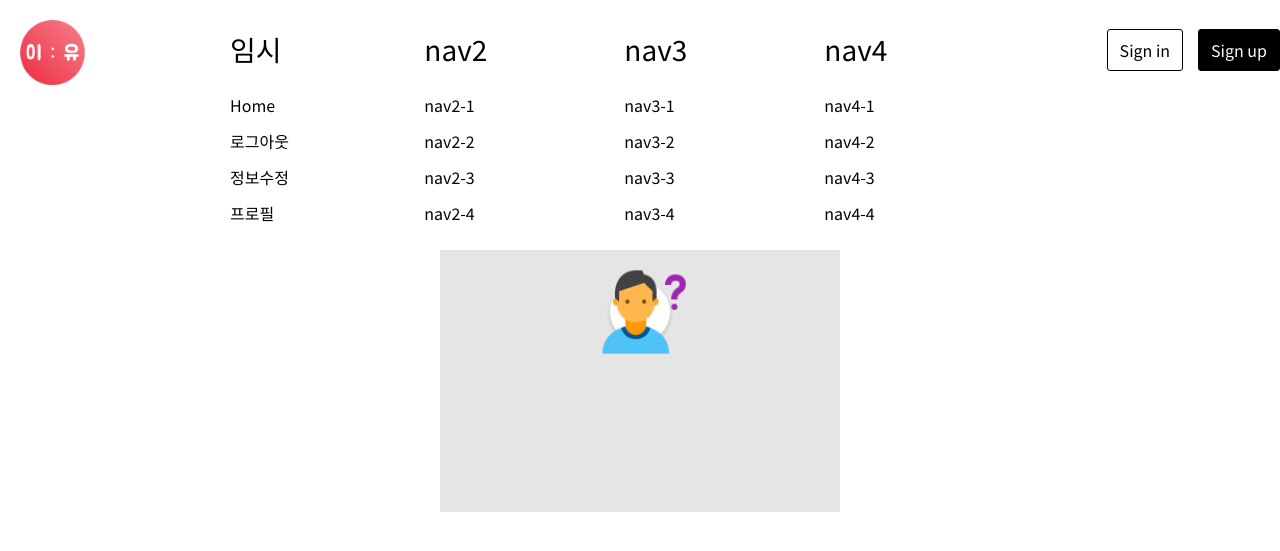
Repository: ryuwc/E_U
Page: /feeling (app in final-pjt-front/)
These files come from the project's save history. The page is drawn as it stood at one moment and after the next save; the edit follows.
The browser window is 1280 px wide. The pictures show the whole page.
The page's requests for data from a server got no answer. Some web libraries are served in a nearby version. The project was rebuilt for these pictures with package versions that can differ from the ones it lists, and the page was loaded fresh each time. No one was signed in, and anything a server would have sent is missing. Also part of the build but not shown: final-pjt-front/vue.config.js.

Above is the page before, as saved 2022-11-23 12:42:19.

### final-pjt-front/public/index.html
<!DOCTYPE html>
<html lang="">
  <head>
    <meta charset="utf-8">
    <meta http-equiv="X-UA-Compatible" content="IE=edge">
    <meta name="viewport" content="width=device-width,initial-scale=1.0">
    <link rel="icon" href="<%= BASE_URL %>favicon.ico">
    <title>이:유</title>
    <link href="https://cdn.jsdelivr.net/npm/bootstrap@5.2.0/dist/css/bootstrap.min.css" rel="stylesheet" integrity="sha384-gH2yIJqKdNHPEq0n4Mqa/HGKIhSkIHeL5AyhkYV8i59U5AR6csBvApHHNl/vI1Bx" crossorigin="anonymous">
    <link rel="preconnect" href="https://fonts.googleapis.com">
    <link rel="preconnect" href="https://fonts.gstatic.com" crossorigin>
    <link href="https://fonts.googleapis.com/css2?family=Pacifico&display=swap" rel="stylesheet">

    <!-- 온보딩 -->
    <link rel="preconnect" href="https://fonts.googleapis.com" />
    <link rel="preconnect" href="https://fonts.gstatic.com" crossorigin />
    <link href="https://fonts.googleapis.com/css2?family=Noto+Sans+KR:wght@300;400;500;700&display=swap" rel="stylesheet" />
  </head>
  <body>
    <noscript>
      <strong>We're sorry but <%= htmlWebpackPlugin.options.title %> doesn't work properly without JavaScript enabled. Please enable it to continue.</strong>
    </noscript>
    <div id="app"></div>
    <!-- built files will be auto injected -->
    <script src="https://cdn.jsdelivr.net/npm/bootstrap@5.2.0/dist/js/bootstrap.bundle.min.js" integrity="sha384-A3rJD856KowSb7dwlZdYEkO39Gagi7vIsF0jrRAoQmDKKtQBHUuLZ9AsSv4jD4Xa" crossorigin="anonymous"></script>
    <script src="https://kit.fontawesome.com/703c5975bf.js" crossorigin="anonymous"></script>
  </body>
</html>

### final-pjt-front/src/main.js
import Vue from 'vue'
import App from './App.vue'
import store from './store'
import router from './router'
import './assets/tailwind.css'

Vue.config.productionTip = false

new Vue({
  store,
  router,
  render: h => h(App)
}).$mount('#app')

### final-pjt-front/src/App.vue
<template>
  <div id="app">
    <body>
      <header id="header">
        <div class="header">

          <img src="./image/logo.png"
          style="width: 65px; height: 65px; margin-left: 20px; margin-top: 20px; margin-bottom: 20px;"
          >

          <nav>
            <ul>
              <li>
                <div class="list">
                  <h3 class="nav_text">임시</h3>
                  <div class="hidden_nav_list">
                    <a href="">
                      <router-link  to="/home"><p class="hidden_nav_list_text">Home</p></router-link>
                    </a>
                    <a href="" @click.prevent="logOut">
                      <p class="hidden_nav_list_text">로그아웃</p>
                    </a>
                    <a href="">
                      <router-link to="/edit"><p class="hidden_nav_list_text">정보수정</p></router-link>
                    </a>
                    <a href="">
                      <router-link to="/profile"><p class="hidden_nav_list_text">프로필</p></router-link>
                    </a>
                  </div>
                </div>
              </li>
              <li>
                <div class="list">
                  <h3 class="nav_text">nav2</h3>
                  <div class="hidden_nav_list">
                    <a href="">
                      <p class="hidden_nav_list_text">nav2-1</p>
                    </a>
                    <a href="">
                      <p class="hidden_nav_list_text">nav2-2</p>
                    </a>
                    <a href="">
                      <p class="hidden_nav_list_text">nav2-3</p>
                    </a>
                    <a href="">
                      <p class="hidden_nav_list_text">nav2-4</p>
                    </a>
                  </div>
                </div>
              </li>
              <li>
                <div class="list">
                  <h3 class="nav_text">nav3</h3>
                  <div class="hidden_nav_list">
                    <a href="">
                      <p class="hidden_nav_list_text">nav3-1</p>
                    </a>
                    <a href="">
                      <p class="hidden_nav_list_text">nav3-2</p>
                    </a>
                    <a href="">
                      <p class="hidden_nav_list_text">nav3-3</p>
                    </a>
                    <a href="">
                      <p class="hidden_nav_list_text">nav3-4</p>
                    </a>
                  </div>
                </div>
              </li>
              <li>
                <div class="list">
                  <h3 class="nav_text">nav4</h3>
                  <div class="hidden_nav_list">
                    <a href="">
                      <p class="hidden_nav_list_text">nav4-1</p>
                    </a>
                    <a href="">
                      <p class="hidden_nav_list_text">nav4-2</p>
                    </a>
                    <a href="">
                      <p class="hidden_nav_list_text">nav4-3</p>
                    </a>
                    <a href="">
                      <p class="hidden_nav_list_text">nav4-4</p>
                    </a>
                  </div>
                </div>
              </li>
            </ul>
          </nav>

          <div class="header_button_group">
            <router-link v-if="!isLogin" to="/login"><button class="header_button_signin" style="color: black;">Sign in</button></router-link>
            <router-link v-if="!isLogin" to="/signup"><button class="header_button_signup">Sign up</button></router-link>
          </div>
        </div>
      </header>
    </body>


    <!-- 임시로 사용한 네브바 -->
    <!-- <nav>
      <router-link  to="/home">| Home |</router-link>
      <router-link v-if="!isLogin" to="/signup">| Sign Up |</router-link>
      <router-link v-if="!isLogin" to="/login">Login |</router-link>
      <button v-if="isLogin" @click="logOut">로그아웃 |</button>
      <router-link v-if="isLogin" to="/edit">정보수정</router-link> |
      <router-link v-if="isLogin" to="/profile">Profile |</router-link>
      <router-link to="/practice">연습</router-link> |
    </nav> -->

    <router-view />
  </div>
</template>

<script>
import { mapActions, mapGetters } from 'vuex';

const moviesStore = 'moviesStore';

export default {
  name: 'App',

  data() {
    return {
      header: null,
      logo: null,
      navText: null,
      hiddenNavText: null,
      headerBtnSignin: null,
    };
  },
  methods: {
    ...mapActions('accountsStore', ['logOut']),
    ...mapActions(moviesStore, ['getMovies']),
    ...mapActions(moviesStore, ['getNowMovies']),
    getId: (id) => {
      return document.getElementById(id);
    },
    getClass: (className) => {
      return document.getElementsByClassName(className);
    },
    test() {
      return console.log(this.getId('header'));
    },
    handleHoverHeader() {
      this.header.style.backgroundColor = '#fff';
      this.header.style.height = '250px';
      // if (this.headerBtnSignin) {
      //   this.headerBtnSignin[0].style.color = '#000';
      // }
      // this.logo.src = 'https://e7.pngegg.com/pngimages/941/692/png-clipart-black-small-apple-logo-logo-material-apple-logo.png';
      Object.values(this.navText).map((text) => (text.style.color = '#000'));
      Object.values(this.hiddenNavText).map((text) => {
        text.style.display = 'block';
        text.style.color = '#000';
      });
    },
    handleLeaveHeader() {
      this.header.style.backgroundColor = 'rgba(0,0,0,0)';
      this.header.style.height = '100px';
      // if (this.headerBtnSignin) {
      //   this.headerBtnSignin[0].style.color = '#fff';
      // }
      // this.logo.src = 'https://e7.pngegg.com/pngimages/941/692/png-clipart-black-small-apple-logo-logo-material-apple-logo.png';
      Object.values(this.navText).map((text) => (text.style.color = '#fff'));
      Object.values(this.hiddenNavText).map((text) => {
        text.style.display = 'none';
        text.style.color = '#000';
      });
    },
    main: () => {
      // header = this.getId('header');
    },
  },
  computed: {
    ...mapGetters('accountsStore', ['isLogin']),
    ...mapGetters('accountsStore', ['nickname']),
  },
  created() {
    this.getMovies(), this.getNowMovies();
  },
  mounted() {
    this.header = this.getId('header');
    this.logo = this.getId('logo');
    this.navText = this.getClass('nav_text');
    this.hiddenNavText = this.getClass('hidden_nav_list_text');
    this.headerBtnSignin = this.getClass('header_button_signin');
    // console.log(this.header);
    this.header.addEventListener('mouseover', this.handleHoverHeader);
    this.header.addEventListener('mouseleave', this.handleLeaveHeader);
  },
};
</script>


<style scoped>

body {
  margin: 0;
  padding: 0;
  width: 100%;
  height: 100%;
  background-color: white;
  color: white;
  font-family: 'Noto Sans KR', sans-serif;
}

body::-webkit-scrollbar {
  display: none;
}

h1,
h2,
h3,
h4,
h5,
h6,
ul,
li,
p {
  margin: 0;
  padding: 0;
}

ul {
  display: flex;
  height: 100%;
  list-style-type: none;
  color: inherit;
}

li {
  display: flex;
  justify-content: center;
  align-items: center;
  width: 120px;
  height: 100%;
  text-align: center;
  margin-right: 80px;
}

a {
  text-decoration: none;
  color: inherit;
}

button {
  background-color: #000;
  padding: 8px 12px;
  border: 1px solid #000;
  cursor: pointer;
  border-radius: 3px;
  color: white;
  height: fit-content;
}

button:hover {
  transform: scale(1.05);
}

button:active {
  transform: scale(0.97);
}

header {
  position: absolute;
  top: 0;
  width: 100%;
  /* height: 300px; */
  height: 100px;
  transition: 0.2s ease-in-out;
  z-index: 100;
  background-color: rgba(0, 0, 0, 0);
  overflow: hidden;
}

#header {
  display: flex;
  justify-content: center;
}

.header {
  display: flex;
  justify-content: space-between;
  width: 1280px;
  height: 100px;
}

.header_wrapper {
  display: flex;
  justify-content: space-between;
  /* width: 1280px; */
}

.logo {
  display: flex;
  align-items: center;
  width: 100px;
  height: 100px;
}

.logo img {
  width: 100%;
}

.header_button_group {
  display: flex;
  align-items: center;
  height: 100%;
}

.header_button_signin {
  margin-right: 15px;
  background-color: transparent;
}

.list {
  position: relative;
}

.hidden_nav_list {
  position: absolute;
  top: 60px;
  left: 0;
  width: 120px;
  text-align: left;
}

.hidden_nav_list p {
  margin-bottom: 12px;
  cursor: pointer;
}

.section {
  position: relative;
  width: 100vw;
  height: 100vh;
  transition: all 700ms ease 0s;
}

.section_text {
  position: absolute;
  display: flex;
  justify-content: center;
  width: 100vw;
  z-index: 2;
  top: 150px;
}

.section_header {
  top: 200px;
}

.section_text div {
  width: 1280px;
}

.section_text h2 {
  font-size: 64px;
  text-shadow: 2px 2px 2px #000;
}

.img {
  position: absolute;
  width: 100%;
  height: 100vh;
}

.img img {
  width: 100%;
  height: 100vh;
}

.more_btn {
  top: unset;
  bottom: 100px;
}

.more_btn button {
  width: 200px;
  height: 40px;
  background-color: #eee;
  border: 1px solid #000;
  color: #000;
  border: none;
  box-shadow: 2px 2px 5px rgba(0, 0, 0, 0.5);
}

#section_1_title,
#section_2_title,
#section_3_title,
#section_4_title,
#section_5_title,
#section_6_title {
  opacity: 0;
  transition: 0.5s ease-in-out;
  transition-delay: 0.5s;
  margin-left: 100px;
}

#section_6_btn {
  opacity: 0;
  transition: 0.5s ease-in-out;
  transition-delay: 0.5s;
  transform: translateY(100px);
}

#section_1_title {
  margin-left: 0;
}

.balls {
  width: 10em;
  display: flex;
  flex-flow: row nowrap;
  align-items: center;
  justify-content: space-between;
}

.balls div {
  width: 3em;
  height: 3em;
  border-radius: 50%;
  background-color: #fc2f70;
  transform: translateY(-100%);
  animation: wave 3s ease-in-out alternate infinite;
}

.balls div:nth-of-type(1) {
  animation-delay: -0.4s;
}

.balls div:nth-of-type(2) {
  animation-delay: -0.2s;
}
.balls div:nth-of-type(3) {
  animation-delay: -0.1s;
}

@keyframes wave {
  from {
    transform: translateY(-50%);
  }
  to {
    transform: translateY(50%);
  }
}

</style>

### final-pjt-front/src/store/index.js
import Vue from 'vue'
import Vuex from 'vuex'
import accountsStore from './modules/accountsStore'
import moviesStore from './modules/moviesStore';
import createPersistedState from "vuex-persistedstate";
import VuexPersistence from 'vuex-persistedstate'

Vue.use(Vuex)

const vuexLocal = new VuexPersistence({
  storage: window.localStorage,
  modules: ['accountsStore'],
})

export default new Vuex.Store({
  plugins: [createPersistedState()],

  state: {
  },
  getters: {
  },
  mutations: {
  },
  actions: {
  },
  modules: {
    accountsStore: accountsStore,
    moviesStore: moviesStore,
    plugins: [vuexLocal.plugin],
  }
})

### final-pjt-front/src/router/index.js
import Vue from 'vue'
import VueRouter from 'vue-router'

Vue.use(VueRouter)

const routes = [
  {
    path: '/signup',
    name: 'SignView',
    component: () => import('../views/accounts/SignUpView.vue')
  },
  {
    path: '/login',
    name: 'LoginView',
    component: () => import('../views/accounts/LoginView.vue'),

  //   beforeEnter(to, from, next) {
  //     // 이미 로그인 되어있는 경우
  //     this.$store.getters[accountsStore + "/i"] ? next({ name: "home" }) : next();
  //     to, from, next;
  //     console.log();
  //     // if (localStorage.getItem('token')) {
  //     //   // 메인 페이지로 이동
  //     //   next({ name: 'main' });
  //     // } else {
  //     //   next();
  //     // }
  //   }
  },
  {
    path: '/edit',
    name: 'EditUserView',
    component: () => import('../views/accounts/EditUserView.vue')
  },
  {
    path: '/profile/:id',
    name: 'ProfileView',
    component: () => import('../views/accounts/ProfileView.vue')
  },
  // {
  //   path: '/',
  //   name: 'IntroPageView',
  //   component: () => import('../views/movies/IntroPageView.vue')
  // },
  {
    path: '/home',
    name: 'MovieView',
    component: () => import('../views/movies/MovieView.vue')
  },
  {
    path: '/practice',
    name: 'PracticeView',
    component: () => import('../views/accounts/PracticeView.vue')
  },
  {
    path: '/test',
    name: 'TestView',
    component: () => import('../views/accounts/TestView.vue')
  },
  {
    path: '/choice',
    name: 'ChoiceMovieView',
    component: () => import('../views/accounts/ChoiceMovieView.vue')
  },
  {
    path: '/random',
    name: 'RandomMovieView',
    component: () => import('../views/movies/RandomMovieView.vue')
  },
  {
    path: '/feeling',
    name: 'FeelingMovieView',
    component: () => import('../views/movies/FeelingMovieView.vue')
  },
  {
    path: '/movies/:id',
    name: 'MovieDetailInfoView',
    component: () => import('../views/movies/MovieDetailInfoView.vue')
  },
  {
    path: '/',
    name: 'onBoardingView',
    component: () => import('../views/onBoardingView.vue')
  },
  {
    path: '/test2',
    name: 'TestTwoView',
    component: () => import('../views/TestTwoView.vue')
  },
  {
    path: '/test3',
    name: 'TestThree',
    component: () => import('../views/testThree.vue')
  },
  {
    path: '/maintest',
    name: 'MainTest',
    component: () => import('../views/MainTest.vue')
  },
  {
    path: '*',
    name: 'NotPound404View',
    component: () => import('../views/NotPound404View.vue')
  },
]

const router = new VueRouter({
  mode: 'history',
  base: process.env.BASE_URL,
  routes
})

// 로컬스토리지에서 토큰 가져오기
// console.log(JSON.parse(localStorage.getItem("vuex")).accountsStore.token);


// // 전역 가드
// router.beforeEach((to, from, next) => {
//   // 로그인 되어 있는지 확인 (위의 방법 확인)
//   const isLogin = JSON.parse(localStorage.getItem("vuex")).accountsStore.token ? true : false;
//   // 로그인이 필요한 페이지
//   const authPages = ['EditUserView', 'profile'];
//   // 앞으로 이동할 페이지(to)가 로그인이 필요한 페이지에 속하는지 확인
//   const authRequired = authPages.includes(to.name);
//   // 로그인이 필요한 페이지에 로그인이 되어 있지 않으면 로그인 페이지로 이동
//   if (authRequired && !isLogin) {
//     next('/login');
//     // 로그인이 필요 없는 페이지에 로그인이 되어 있으면 메인 페이지로 이동
//   } else{
//     next();
//   }
// })

export default router

### final-pjt-front/src/store/modules/accountsStore.js
import axios from "axios";
import router from "@/router";

const API_URL = "http://127.0.0.1:8000";

const accountsStore = {
  namespaced: true,
  state: {
    token: "",
    user: {},
    usernames: [],
  },
  getters: {
    authHead: (state) => ({ Authorization: `Token ${state.token}` }),
    user: (state) => state.user,
    username: (state) => state.user.username,
    nickname: (state) => state.user.nickname || state.user.username,
    isLogin: (state) => state.token ? true : false,
    usernames: (state) => state.usernames,

  },
  mutations: {
    SET_TOKEN: (state, token) => ( state.token = token ),
    SET_USER: (state, user) => (state.user = user),
  },
  actions: {
    test() {
      console.log("test");
    },
    getUserInfo({ commit, getters }, username) {
      axios({
        method: "get",
        url: `${API_URL}/accounts/profile/${username}`,
        headers: getters.authHead,
      })
        .then((res) => {
          console.log(res.data);
          commit("SET_USER", res.data);
        })
        .catch((err) => {
          console.log(err);
        });
    },

    signUp({ state }, user) {
      // console.log("sign up");
      // console.log(user);
      let signUpuser = {
        username: user.username,
        nickname: user.nickname,
        password1: user.password1,
        password2: user.password2,
      };
      if (!user.nickname) {
        signUpuser = {
          username: user.username,
          password1: user.password1,
          password2: user.password2,
        };
      }
      // console.log(signUpuser);
      axios({
        method: "post",
        url: "http://127.0.0.1:8000/accounts/signup/",
        data: { ...signUpuser },
      })
        .then((res) => {
          res
          state.usernames.push(user.username);
          router.push({ name: "LoginView" });
        })
        .catch((err) => {
          console.log(err);
        });
    },
    login({ commit, dispatch }, user) {
        // console.log(user);
        axios({
          method: 'post',
          url: `${API_URL}/accounts/login/`,
          data: { ...user },
        })
        .then(res => {
          // console.log(res);
          commit('SET_TOKEN', res.data.key);
          dispatch('getUserInfo', user.username);
        })
        .catch((err) => {
          console.log(err);
        });
      },
      logOut({ commit, getters }) {
        // console.log("logout", getters.authHead);
        axios({
          method: 'post',
          url: `${API_URL}/accounts/logout/`,
          headers: getters.authHead,
        })
        .then(res => {
          console.log(res);
          commit('SET_TOKEN', '');
          commit('SET_USER', {});
        })
        .catch(err => {
          console.log(err);
        })
      },
      editUserInfo({ dispatch, commit, getters }, user) {
        // console.log(user);
        commit
        user
        const userOrigin = getters.user;
        // console.log(userOrigin);
        const userNew = { ...userOrigin, ...user };
        // console.log(userNew);
        // console.log(getters.authHead);
        axios({
          method: 'put',
          url: `${API_URL}/accounts/profile/${getters.username}/`,
          data: { ...userNew },
          headers: getters.authHead,
        })
        .then(res => {
          console.log(res);
          // commit('SET_USER', res.data);
          dispatch('getUserInfo', res.data.username);
        })
      },
      editPassword({ getters }, password) {
        // console.log(password);
        axios({
          method: 'post',
          url: `${API_URL}/accounts/password/change/`,
          headers: getters.authHead,
          data: { ...password },
        })
        .then(() => {
          alert('비밀번호 변경에 성공했습니다.');
        })
        .catch(err => {
          console.log(err);
        })
      },
  }
}

export default accountsStore

### final-pjt-front/src/views/movies/FeelingMovieView.vue
<template>
  <body style="margin-top: 7rem; top: 0;">
    <div class="menu">
      <div class="toggle" @click="toggle"><img style="margin-left: 3px; height: 100px; width: 100px;" src="data:[embedded picture, 4190 characters]"></div>
      <li style="--i:0;--clr:#fff;">
        <a href="#">
          <img style="width: 100px; height: 100px;" src="data:[embedded picture, 3262 characters]">
        </a>
      </li>
      <li style="--i:1;--clr:#fff;">
        <a href="#"><img style="width: 100px; height: 100px;" src="data:[embedded picture, 2894 characters]"></a>
      </li>
      <li style="--i:2;--clr:#fff;">
        <a href="#"><img style="width: 100px; height: 100px;" src="data:[embedded picture, 4482 characters]"></a>
      </li>
      <li style="--i:3;--clr:#fff;">
        <a href="#"><img style="width: 100px; height: 100px;" src="data:[embedded picture, 3890 characters]"></a>
      </li>
      <li style="--i:4;--clr:#fff;">
        <a href="#"><img style="width: 100px; height: 100px;" src="data:[embedded picture, 3314 characters]"></a>
      </li>
      <li style="--i:5;--clr:#fff;">
        <a href="#"><img style="width: 100px; height: 100px;" src="data:[embedded picture, 3470 characters]"></a>
      </li>

    </div>
  </body>
</template>

<script>
export default {
  name: 'FeelingMovieView',

  data() {
    return {

    };
  },

  mounted() {

  },

  methods: {
    toggle() {
      const menu = document.querySelector('.menu');
      menu.classList.toggle('active');
    }
  },
};
</script>

<style scoped>
.menu {
  position: relative;
  width: 400px;
  height: 400px;
  background: rgba(0, 0, 0, 0.1);
  display: flex;
  justify-content: center;
  align-items: center;
  margin-left: auto;
  margin-right: auto;
}

.menu .toggle {
  position: relative;
  width: 60px;
  height: 60px;
  background: #fff;
  border-radius: 50%;
  box-shadow: 0 3px 4px rgba(0, 0, 0, 0.15);
  display: flex;
  justify-content: center;
  align-items: center;
  cursor: pointer;
  transition: 1.25s;
}

.menu.active .toggle {
  transform: rotate(360deg);
  box-shadow: 0, 6px, 6px, rgba(0, 0, 0, 0.15), 0 0 0 2px #333, 0 0 0 8px #fff
}

.menu li {
  position: absolute;
  left: 0;
  list-style: none;
  transition: 0.5s;
  transform: rotate(calc(360deg / 6 * var(--i)));
  transform-origin: 200px;
  scale: 0;
  transition-delay: calc(0.05s * var(--i));
}

.menu.active li {
  scale: 1;
}

.menu li a {
  position: relative;
  display: flex;
  transform: rotate(calc(360deg / -6 * var(--i)));

}

</style>

### final-pjt-front/tailwind.config.js
/** @type {import('tailwindcss').Config} */
module.exports = {
  corePlugins: {
    preflight: false,
  },
  content: [
      './src/views/accounts/*.{vue,js,ts,jsx,tsx}',
      './src/views/movies/MovieDetailInfoView.vue',
      './src/views/NotPound404View.vue',
      './src/components/ReviewCandi1.vue',
      './src/views/TestTwoView.vue',
      // './src/components/MoviveCard.vue',
      './src/components/PosterSlider.vue',
      './src/components/MovieClip.vue',
      './src/components/MovieDetailR.vue',
    ],
  theme: {
    extend: {},
  },
  plugins: [],
}

Loaded but not shown: final-pjt-front/src/assets/tailwind.css (common file); final-pjt-front/src/store/modules/moviesStore.js (237 lines, source omitted)

After the next save:
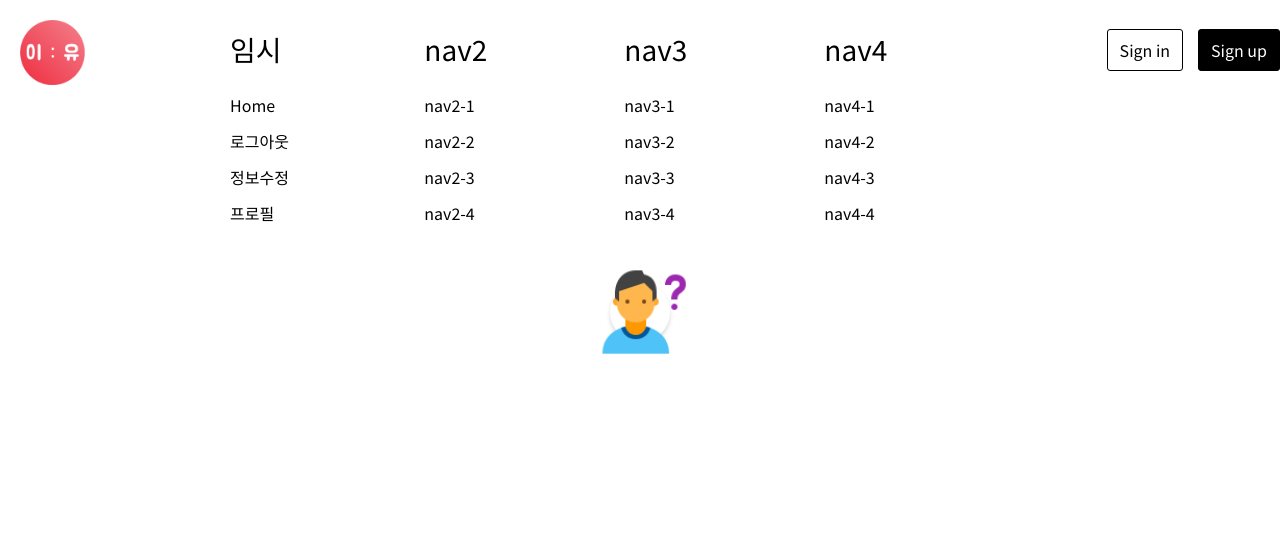
Saved 19 s later.
--- a/final-pjt-front/src/views/movies/FeelingMovieView.vue
+++ b/final-pjt-front/src/views/movies/FeelingMovieView.vue
@@ -55,7 +55,7 @@ export default {
   position: relative;
   width: 400px;
   height: 400px;
-  background: rgba(0, 0, 0, 0.1);
+  /* background: rgba(0, 0, 0, 0.1); */
   display: flex;
   justify-content: center;
   align-items: center;
